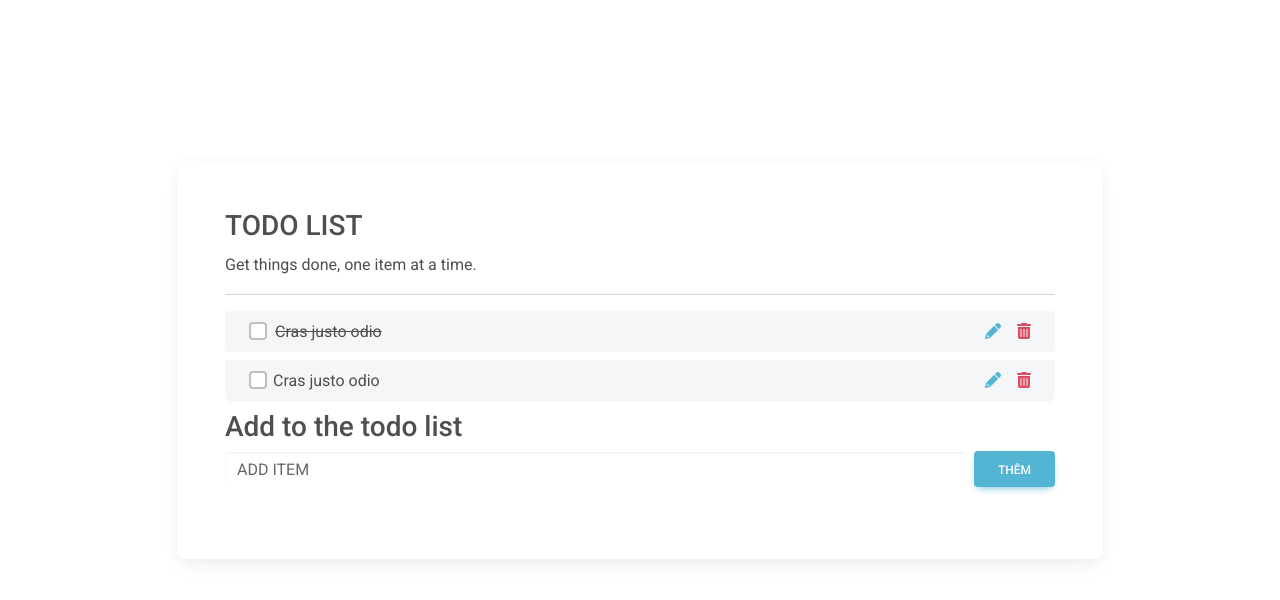
Repository: TinhTT336/MD02_HACKATHON01_HN_JV230620_BS_TranThiTinh_Basic
Page: /
These files come from the project's save history. The page is drawn as it stood at one moment and after the next save; the edit follows.
The browser window is 1280 px wide. The pictures show the whole page.
Some web libraries are served in a nearby version. The project was rebuilt for these pictures with package versions that can differ from the ones it lists, and the page was loaded fresh each time. Also part of the build but not shown: vite.config.js, src/App.css, src/index.css.

Above is the page before, as saved 2023-09-05 10:24:04.

### index.html
<!DOCTYPE html>
<html lang="en">
  <head>
    <meta charset="UTF-8" />
    <link rel="icon" type="image/svg+xml" href="/vite.svg" />
    <meta name="viewport" content="width=device-width, initial-scale=1.0" />
    <title>Vite + React</title>
    <link
      href="https://cdnjs.cloudflare.com/ajax/libs/font-awesome/6.0.0/css/all.min.css"
      rel="stylesheet"
    />
    <link
      href="https://fonts.googleapis.com/css?family=Roboto:300,400,500,700&display=swap"
      rel="stylesheet"
    />
    <link
      href="https://cdnjs.cloudflare.com/ajax/libs/mdb-ui-kit/6.2.0/mdb.min.css"
      rel="stylesheet"
    />
  </head>
  <body>
    <div id="root"></div>
    <script type="module" src="/src/main.jsx"></script>
  </body>
</html>

### src/App.jsx
import { useState } from 'react'
import './App.css'
import TodoList from './TodoList/todoList'

function App() {
  const [count, setCount] = useState(0)

  return (
    <>
      <TodoList />
    </>
  )
}

export default App

### src/TodoList/todoList.jsx
import React from 'react'

export default function TodoList() {
    return (
        <div>
            <section className="vh-100 gradient-custom">
                <div className="container py-5 h-100">
                    <div
                        className="row d-flex justify-content-center align-items-center
              h-100"
                    >
                        <div className="col col-xl-10">
                            <div className="card">
                                <div className="card-body p-5">
                                    <h3 style={{ marginBottom: 10 }}>
                                        TODO LIST
                                    </h3>
                                    <p>Get things done, one item at a time.</p>
                                    <hr></hr>


                                    {/* Tabs content */}
                                    <div className="tab-content">
                                        <div className="tab-pane fade show active">
                                            <ul className="list-group mb-0">
                                                <li
                                                    className="list-group-item d-flex
                                          align-items-center border-0 mb-2
                                          rounded justify-content-between"
                                                    style={{ backgroundColor: "#f4f6f7" }}
                                                >
                                                    <div>
                                                        <input
                                                            className="form-check-input
                                                  me-2"
                                                            type="checkbox"
                                                            defaultChecked=""
                                                        />
                                                        <s>Cras justo odio</s>
                                                    </div>
                                                    <div>
                                                        <a href="#!" className="text-info" title="Sửa công việc">
                                                            <i
                                                                className="fas
                                                      fa-pencil-alt
                                                      me-3"
                                                            />
                                                        </a>
                                                        <a
                                                            href="#!"
                                                            className="text-danger"
                                                            title="Xóa công việc"
                                                        >
                                                            <i
                                                                className="fas
                                                      fa-trash-alt"
                                                            />
                                                        </a>
                                                    </div>
                                                </li>
                                                <li
                                                    className="list-group-item d-flex
                                          align-items-center border-0 mb-2
                                          justify-content-between"
                                                    style={{ backgroundColor: "#f4f6f7" }}
                                                >
                                                    <div>
                                                        <input className="form-check-input" type="checkbox" />
                                                        Cras justo odio
                                                    </div>
                                                    <div>
                                                        <a href="#!" className="text-info" title="Sửa công việc">
                                                            <i
                                                                className="fas
                                                      fa-pencil-alt
                                                      me-3"
                                                            />
                                                        </a>
                                                        <a
                                                            href="#!"
                                                            className="text-danger"
                                                            title="Xóa công việc"
                                                        >
                                                            <i
                                                                className="fas
                                                      fa-trash-alt"
                                                            />
                                                        </a>
                                                    </div>
                                                </li>
                                            </ul>
                                            <div className="tab-content">
                                                <h3>Add to the todo list</h3>
                                                <form
                                                    className="d-flex justify-content-center
                              align-items-center mb-4"
                                                >
                                                    <div className="form-outline flex-fill">
                                                        <input type="text" id="form2" className="form-control" />
                                                        <label className="form-label" htmlFor="form2">
                                                            ADD ITEM
                                                        </label>
                                                    </div>
                                                    <button
                                                        type="submit"
                                                        className="btn btn-info
                                  ms-2"
                                                    >
                                                        Thêm
                                                    </button>
                                                </form>
                                            </div>
                                        </div>
                                    </div>
                                    {/* Tabs content */}
                                </div>
                            </div>
                        </div>
                    </div>
                </div>
            </section >

        </div >
    )
}

Loaded but not shown: src/main.jsx (common file)

After the next save:
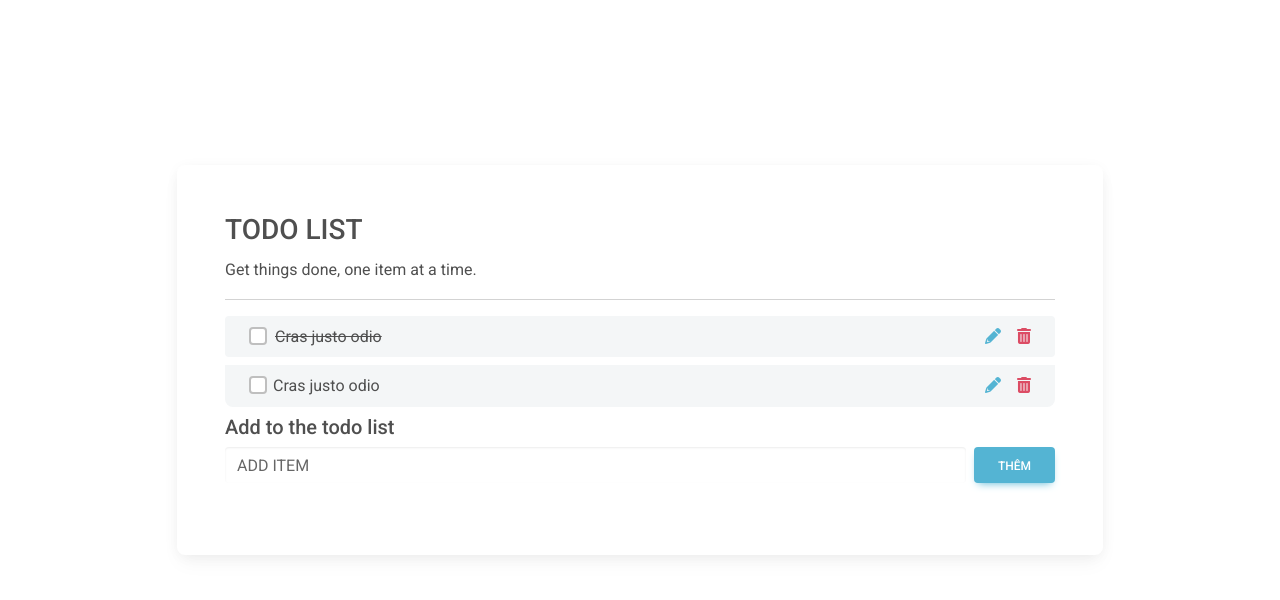
Saved 11 s later.
--- a/src/TodoList/todoList.jsx
+++ b/src/TodoList/todoList.jsx
@@ -90,7 +90,7 @@ export default function TodoList() {
                                                 </li>
                                             </ul>
                                             <div className="tab-content">
-                                                <h3>Add to the todo list</h3>
+                                                <h5>Add to the todo list</h5>
                                                 <form
                                                     className="d-flex justify-content-center
                               align-items-center mb-4"
